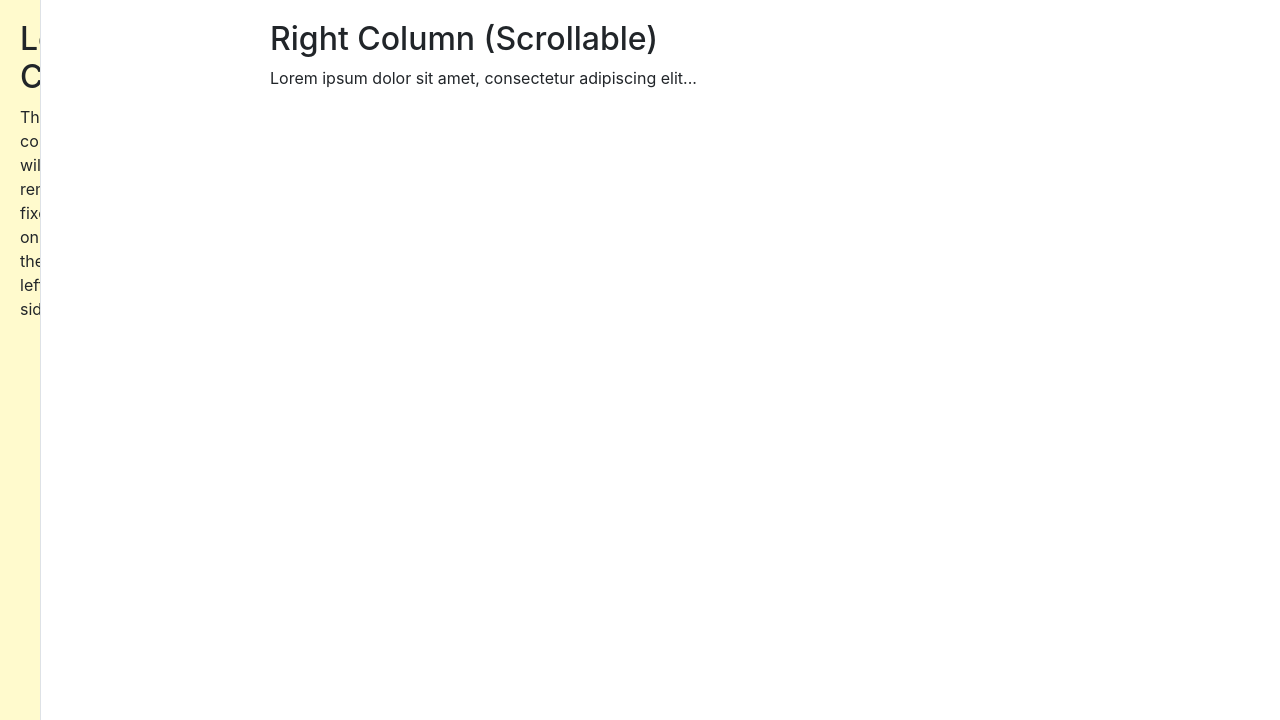
Repository: oliviahsia/FinalProject
Page: src/main/webapp/WEB-INF/main.html
An editor plug-in stored every save of this project. The page is shown before and after the next save, followed by the edit.
The browser window is 1280 px wide. The pictures show the whole page.
Some web libraries are served in a nearby version.

Above is the page before, as saved 2024-03-08 11:53:01.

### src/main/webapp/WEB-INF/main.html
<!DOCTYPE html>
<html lang="en">

<head>
  <meta charset="UTF-8">
  <meta name="viewport" content="width=device-width, initial-scale=1.0">
  <title>Olivia's Portfolio</title>
  <!-- Bootstrap CSS -->
  <link rel="stylesheet" href="https://stackpath.bootstrapcdn.com/bootstrap/4.5.2/css/bootstrap.min.css">
  <style>
    /* Custom styles */
    body,
    html {
      height: 100%;
      margin: 0;
      /* Remove default margin */
    }

    .fixed-left {
      position: fixed;
      top: 0;
      left: 0;
      width: 20px;
      /* Set the width of the left column */
      height: 100%;
      background-color: #FFFACD;
      /* Goose yellow for the left column */
      border-right: 1px solid #dee2e6;
      /* Optional border */
      overflow-x: hidden;
      /* Prevent horizontal scrollbar */
      padding: 20px;
      /* Optional padding */
    }

    .scrollable-right {
      margin-left: 250px;
      /* Same as the width of the left column */
      padding: 20px;
      height: 100%;
      overflow-y: auto;
      /* Enable vertical scrollbar if content overflows */
      background-color: #FFFFFF;
      /* White for the right column */
    }
  </style>
</head>

<body>
  <div class="fixed-left">
    <!-- Content in left column -->
    <h2>Left Column</h2>
    <p>This content will remain fixed on the left side.</p>
  </div>
  <div class="scrollable-right">
    <!-- Content in right column -->
    <h2>Right Column (Scrollable)</h2>
    <p>Lorem ipsum dolor sit amet, consectetur adipiscing elit...</p>
    <!-- Add more content as needed to enable scrolling -->
  </div>
  <!-- Bootstrap JS and dependencies (Optional) -->
  <script src="https://code.jquery.com/jquery-3.5.1.slim.min.js"></script>
  <script src="https://cdn.jsdelivr.net/npm/@popperjs/core@2.5.4/dist/umd/popper.min.js"></script>
  <script src="https://stackpath.bootstrapcdn.com/bootstrap/4.5.2/js/bootstrap.min.js"></script>
</body>

</html>

After the next save:
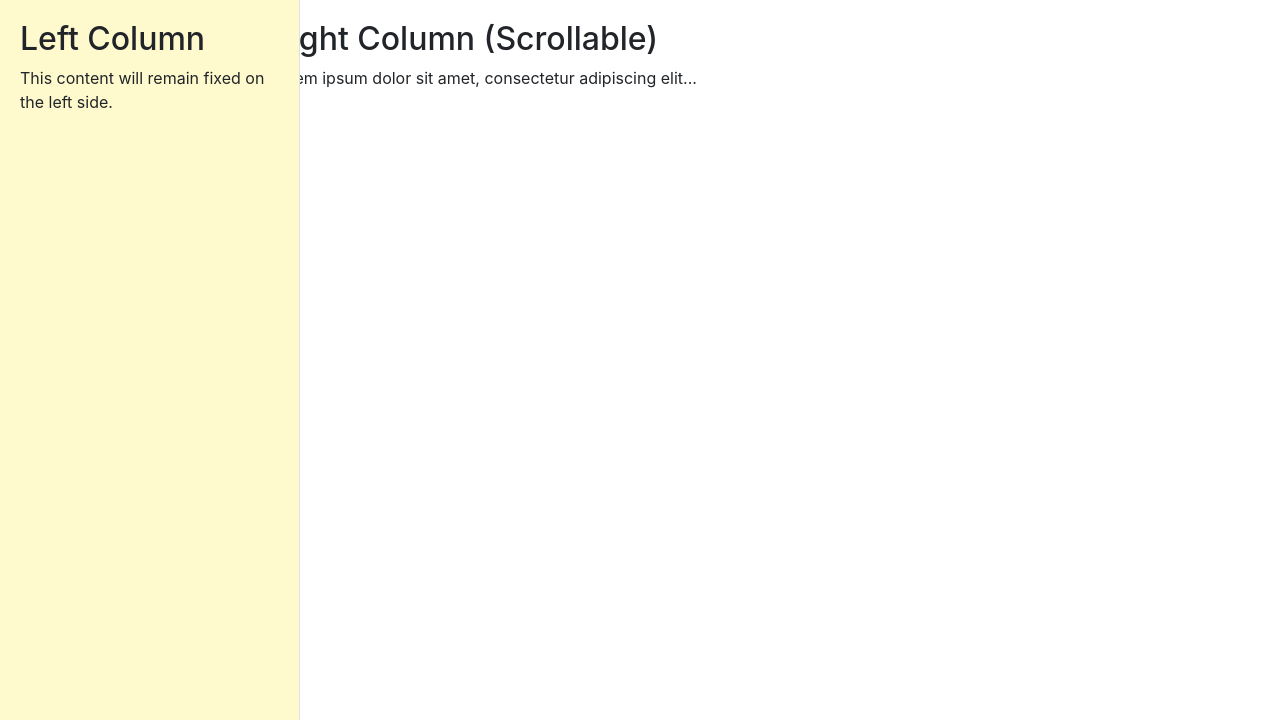
Saved 4 s later.
--- a/src/main/webapp/WEB-INF/main.html
+++ b/src/main/webapp/WEB-INF/main.html
@@ -20,7 +20,7 @@
       position: fixed;
       top: 0;
       left: 0;
-      width: 20px;
+      width: 300px;
       /* Set the width of the left column */
       height: 100%;
       background-color: #FFFACD;
